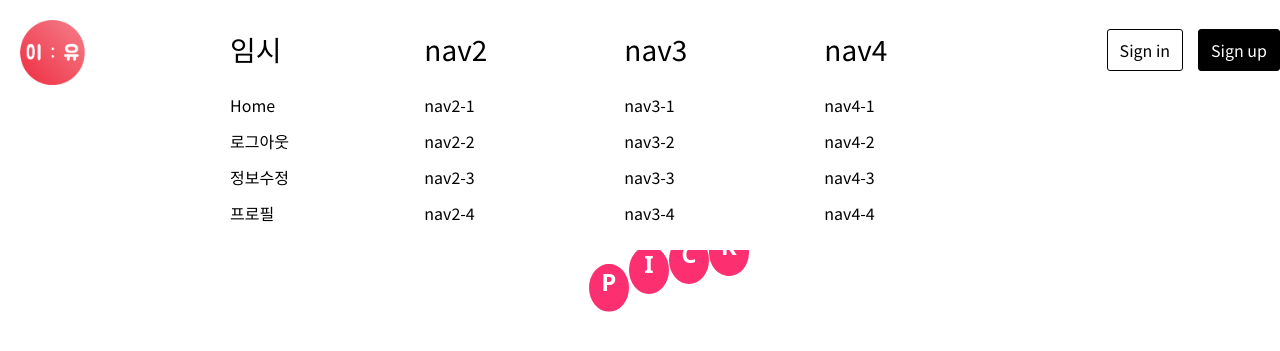
Repository: ryuwc/E_U
Page: /random (app in final-pjt-front/)
The author's editor kept a copy of each file at every save. The page is drawn from the files as they stood at one save, then again after the next save.
The browser window is 1280 px wide. The pictures show the whole page.
The page's requests for data from a server got no answer. Some web libraries are served in a nearby version. The project was rebuilt for these pictures with package versions that can differ from the ones it lists, and the page was loaded fresh each time. No one was signed in, and anything a server would have sent is missing. Also part of the build but not shown: final-pjt-front/vue.config.js, final-pjt-front/src/components/MoviveCard.vue.

Above is the page before, as saved 2022-11-23 11:23:08.

### final-pjt-front/public/index.html
<!DOCTYPE html>
<html lang="">
  <head>
    <meta charset="utf-8">
    <meta http-equiv="X-UA-Compatible" content="IE=edge">
    <meta name="viewport" content="width=device-width,initial-scale=1.0">
    <link rel="icon" href="<%= BASE_URL %>favicon.ico">
    <title>이:유</title>
    <link href="https://cdn.jsdelivr.net/npm/bootstrap@5.2.0/dist/css/bootstrap.min.css" rel="stylesheet" integrity="sha384-gH2yIJqKdNHPEq0n4Mqa/HGKIhSkIHeL5AyhkYV8i59U5AR6csBvApHHNl/vI1Bx" crossorigin="anonymous">
    <link rel="preconnect" href="https://fonts.googleapis.com">
    <link rel="preconnect" href="https://fonts.gstatic.com" crossorigin>
    <link href="https://fonts.googleapis.com/css2?family=Pacifico&display=swap" rel="stylesheet">

    <!-- 온보딩 -->
    <link rel="preconnect" href="https://fonts.googleapis.com" />
    <link rel="preconnect" href="https://fonts.gstatic.com" crossorigin />
    <link href="https://fonts.googleapis.com/css2?family=Noto+Sans+KR:wght@300;400;500;700&display=swap" rel="stylesheet" />
  </head>
  <body>
    <noscript>
      <strong>We're sorry but <%= htmlWebpackPlugin.options.title %> doesn't work properly without JavaScript enabled. Please enable it to continue.</strong>
    </noscript>
    <div id="app"></div>
    <!-- built files will be auto injected -->
    <script src="https://cdn.jsdelivr.net/npm/bootstrap@5.2.0/dist/js/bootstrap.bundle.min.js" integrity="sha384-A3rJD856KowSb7dwlZdYEkO39Gagi7vIsF0jrRAoQmDKKtQBHUuLZ9AsSv4jD4Xa" crossorigin="anonymous"></script>
    <script src="https://kit.fontawesome.com/703c5975bf.js" crossorigin="anonymous"></script>
  </body>
</html>

### final-pjt-front/src/main.js
import Vue from 'vue'
import App from './App.vue'
import store from './store'
import router from './router'
import './assets/tailwind.css'

Vue.config.productionTip = false

new Vue({
  store,
  router,
  render: h => h(App)
}).$mount('#app')

### final-pjt-front/src/App.vue
<template>
  <div id="app">
    <body>
      <header id="header">
        <div class="header">

          <img src="./image/logo.png"
          style="width: 65px; height: 65px; margin-left: 20px; margin-top: 20px; margin-bottom: 20px;"
          >

          <nav>
            <ul>
              <li>
                <div class="list">
                  <h3 class="nav_text">임시</h3>
                  <div class="hidden_nav_list">
                    <a href="">
                      <router-link  to="/home"><p class="hidden_nav_list_text">Home</p></router-link>
                    </a>
                    <a href="" @click.prevent="logOut">
                      <p class="hidden_nav_list_text">로그아웃</p>
                    </a>
                    <a href="">
                      <router-link to="/edit"><p class="hidden_nav_list_text">정보수정</p></router-link>
                    </a>
                    <a href="">
                      <router-link to="/profile"><p class="hidden_nav_list_text">프로필</p></router-link>
                    </a>
                  </div>
                </div>
              </li>
              <li>
                <div class="list">
                  <h3 class="nav_text">nav2</h3>
                  <div class="hidden_nav_list">
                    <a href="">
                      <p class="hidden_nav_list_text">nav2-1</p>
                    </a>
                    <a href="">
                      <p class="hidden_nav_list_text">nav2-2</p>
                    </a>
                    <a href="">
                      <p class="hidden_nav_list_text">nav2-3</p>
                    </a>
                    <a href="">
                      <p class="hidden_nav_list_text">nav2-4</p>
                    </a>
                  </div>
                </div>
              </li>
              <li>
                <div class="list">
                  <h3 class="nav_text">nav3</h3>
                  <div class="hidden_nav_list">
                    <a href="">
                      <p class="hidden_nav_list_text">nav3-1</p>
                    </a>
                    <a href="">
                      <p class="hidden_nav_list_text">nav3-2</p>
                    </a>
                    <a href="">
                      <p class="hidden_nav_list_text">nav3-3</p>
                    </a>
                    <a href="">
                      <p class="hidden_nav_list_text">nav3-4</p>
                    </a>
                  </div>
                </div>
              </li>
              <li>
                <div class="list">
                  <h3 class="nav_text">nav4</h3>
                  <div class="hidden_nav_list">
                    <a href="">
                      <p class="hidden_nav_list_text">nav4-1</p>
                    </a>
                    <a href="">
                      <p class="hidden_nav_list_text">nav4-2</p>
                    </a>
                    <a href="">
                      <p class="hidden_nav_list_text">nav4-3</p>
                    </a>
                    <a href="">
                      <p class="hidden_nav_list_text">nav4-4</p>
                    </a>
                  </div>
                </div>
              </li>
            </ul>
          </nav>

          <div class="header_button_group">
            <router-link v-if="!isLogin" to="/login"><button class="header_button_signin" style="color: black;">Sign in</button></router-link>
            <router-link v-if="!isLogin" to="/signup"><button class="header_button_signup">Sign up</button></router-link>
          </div>
        </div>
      </header>
    </body>


    <!-- 임시로 사용한 네브바 -->
    <!-- <nav>
      <router-link  to="/home">| Home |</router-link>
      <router-link v-if="!isLogin" to="/signup">| Sign Up |</router-link>
      <router-link v-if="!isLogin" to="/login">Login |</router-link>
      <button v-if="isLogin" @click="logOut">로그아웃 |</button>
      <router-link v-if="isLogin" to="/edit">정보수정</router-link> |
      <router-link v-if="isLogin" to="/profile">Profile |</router-link>
      <router-link to="/practice">연습</router-link> |
    </nav> -->

    <router-view />
  </div>
</template>

<script>
import { mapActions, mapGetters } from 'vuex';

const moviesStore = 'moviesStore';

export default {
  name: 'App',

  data() {
    return {
      header: null,
      logo: null,
      navText: null,
      hiddenNavText: null,
      headerBtnSignin: null,
    };
  },
  methods: {
    ...mapActions('accountsStore', ['logOut']),
    ...mapActions(moviesStore, ['getMovies']),
    ...mapActions(moviesStore, ['getNowMovies']),
    getId: (id) => {
      return document.getElementById(id);
    },
    getClass: (className) => {
      return document.getElementsByClassName(className);
    },
    test() {
      return console.log(this.getId('header'));
    },
    handleHoverHeader() {
      this.header.style.backgroundColor = '#fff';
      this.header.style.height = '250px';
      // if (this.headerBtnSignin) {
      //   this.headerBtnSignin[0].style.color = '#000';
      // }
      // this.logo.src = 'https://e7.pngegg.com/pngimages/941/692/png-clipart-black-small-apple-logo-logo-material-apple-logo.png';
      Object.values(this.navText).map((text) => (text.style.color = '#000'));
      Object.values(this.hiddenNavText).map((text) => {
        text.style.display = 'block';
        text.style.color = '#000';
      });
    },
    handleLeaveHeader() {
      this.header.style.backgroundColor = 'rgba(0,0,0,0)';
      this.header.style.height = '100px';
      // if (this.headerBtnSignin) {
      //   this.headerBtnSignin[0].style.color = '#fff';
      // }
      // this.logo.src = 'https://e7.pngegg.com/pngimages/941/692/png-clipart-black-small-apple-logo-logo-material-apple-logo.png';
      Object.values(this.navText).map((text) => (text.style.color = '#fff'));
      Object.values(this.hiddenNavText).map((text) => {
        text.style.display = 'none';
        text.style.color = '#000';
      });
    },
    main: () => {
      // header = this.getId('header');
    },
  },
  computed: {
    ...mapGetters('accountsStore', ['isLogin']),
    ...mapGetters('accountsStore', ['nickname']),
  },
  created() {
    this.getMovies(), this.getNowMovies();
  },
  mounted() {
    this.header = this.getId('header');
    this.logo = this.getId('logo');
    this.navText = this.getClass('nav_text');
    this.hiddenNavText = this.getClass('hidden_nav_list_text');
    this.headerBtnSignin = this.getClass('header_button_signin');
    // console.log(this.header);
    this.header.addEventListener('mouseover', this.handleHoverHeader);
    this.header.addEventListener('mouseleave', this.handleLeaveHeader);
  },
};
</script>


<style scoped>

body {
  margin: 0;
  padding: 0;
  width: 100%;
  height: 100%;
  background-color: white;
  color: white;
  font-family: 'Noto Sans KR', sans-serif;
}

body::-webkit-scrollbar {
  display: none;
}

h1,
h2,
h3,
h4,
h5,
h6,
ul,
li,
p {
  margin: 0;
  padding: 0;
}

ul {
  display: flex;
  height: 100%;
  list-style-type: none;
  color: inherit;
}

li {
  display: flex;
  justify-content: center;
  align-items: center;
  width: 120px;
  height: 100%;
  text-align: center;
  margin-right: 80px;
}

a {
  text-decoration: none;
  color: inherit;
}

button {
  background-color: #000;
  padding: 8px 12px;
  border: 1px solid #000;
  cursor: pointer;
  border-radius: 3px;
  color: white;
  height: fit-content;
}

button:hover {
  transform: scale(1.05);
}

button:active {
  transform: scale(0.97);
}

header {
  position: absolute;
  top: 0;
  width: 100%;
  /* height: 300px; */
  height: 100px;
  transition: 0.2s ease-in-out;
  z-index: 100;
  background-color: rgba(0, 0, 0, 0);
  overflow: hidden;
}

#header {
  display: flex;
  justify-content: center;
}

.header {
  display: flex;
  justify-content: space-between;
  width: 1280px;
  height: 100px;
}

.header_wrapper {
  display: flex;
  justify-content: space-between;
  /* width: 1280px; */
}

.logo {
  display: flex;
  align-items: center;
  width: 100px;
  height: 100px;
}

.logo img {
  width: 100%;
}

.header_button_group {
  display: flex;
  align-items: center;
  height: 100%;
}

.header_button_signin {
  margin-right: 15px;
  background-color: transparent;
}

.list {
  position: relative;
}

.hidden_nav_list {
  position: absolute;
  top: 60px;
  left: 0;
  width: 120px;
  text-align: left;
}

.hidden_nav_list p {
  margin-bottom: 12px;
  cursor: pointer;
}

.section {
  position: relative;
  width: 100vw;
  height: 100vh;
  transition: all 700ms ease 0s;
}

.section_text {
  position: absolute;
  display: flex;
  justify-content: center;
  width: 100vw;
  z-index: 2;
  top: 150px;
}

.section_header {
  top: 200px;
}

.section_text div {
  width: 1280px;
}

.section_text h2 {
  font-size: 64px;
  text-shadow: 2px 2px 2px #000;
}

.img {
  position: absolute;
  width: 100%;
  height: 100vh;
}

.img img {
  width: 100%;
  height: 100vh;
}

.more_btn {
  top: unset;
  bottom: 100px;
}

.more_btn button {
  width: 200px;
  height: 40px;
  background-color: #eee;
  border: 1px solid #000;
  color: #000;
  border: none;
  box-shadow: 2px 2px 5px rgba(0, 0, 0, 0.5);
}

#section_1_title,
#section_2_title,
#section_3_title,
#section_4_title,
#section_5_title,
#section_6_title {
  opacity: 0;
  transition: 0.5s ease-in-out;
  transition-delay: 0.5s;
  margin-left: 100px;
}

#section_6_btn {
  opacity: 0;
  transition: 0.5s ease-in-out;
  transition-delay: 0.5s;
  transform: translateY(100px);
}

#section_1_title {
  margin-left: 0;
}

.balls {
  width: 10em;
  display: flex;
  flex-flow: row nowrap;
  align-items: center;
  justify-content: space-between;
}

.balls div {
  width: 3em;
  height: 3em;
  border-radius: 50%;
  background-color: #fc2f70;
  transform: translateY(-100%);
  animation: wave 3s ease-in-out alternate infinite;
}

.balls div:nth-of-type(1) {
  animation-delay: -0.4s;
}

.balls div:nth-of-type(2) {
  animation-delay: -0.2s;
}
.balls div:nth-of-type(3) {
  animation-delay: -0.1s;
}

@keyframes wave {
  from {
    transform: translateY(-50%);
  }
  to {
    transform: translateY(50%);
  }
}

</style>

### final-pjt-front/src/store/index.js
import Vue from 'vue'
import Vuex from 'vuex'
import accountsStore from './modules/accountsStore'
import moviesStore from './modules/moviesStore';
import createPersistedState from "vuex-persistedstate";
import VuexPersistence from 'vuex-persistedstate'

Vue.use(Vuex)

const vuexLocal = new VuexPersistence({
  storage: window.localStorage,
  modules: ['accountsStore'],
})

export default new Vuex.Store({
  plugins: [createPersistedState()],

  state: {
  },
  getters: {
  },
  mutations: {
  },
  actions: {
  },
  modules: {
    accountsStore: accountsStore,
    moviesStore: moviesStore,
    plugins: [vuexLocal.plugin],
  }
})

### final-pjt-front/src/router/index.js
import Vue from 'vue'
import VueRouter from 'vue-router'

Vue.use(VueRouter)

const routes = [
  {
    path: '/signup',
    name: 'SignView',
    component: () => import('../views/accounts/SignUpView.vue')
  },
  {
    path: '/login',
    name: 'LoginView',
    component: () => import('../views/accounts/LoginView.vue'),

  //   beforeEnter(to, from, next) {
  //     // 이미 로그인 되어있는 경우
  //     this.$store.getters[accountsStore + "/i"] ? next({ name: "home" }) : next();
  //     to, from, next;
  //     console.log();
  //     // if (localStorage.getItem('token')) {
  //     //   // 메인 페이지로 이동
  //     //   next({ name: 'main' });
  //     // } else {
  //     //   next();
  //     // }
  //   }
  },
  {
    path: '/edit',
    name: 'EditUserView',
    component: () => import('../views/accounts/EditUserView.vue')
  },
  {
    path: '/profile/:id',
    name: 'ProfileView',
    component: () => import('../views/accounts/ProfileView.vue')
  },
  // {
  //   path: '/',
  //   name: 'IntroPageView',
  //   component: () => import('../views/movies/IntroPageView.vue')
  // },
  {
    path: '/home',
    name: 'MovieView',
    component: () => import('../views/movies/MovieView.vue')
  },
  {
    path: '/practice',
    name: 'PracticeView',
    component: () => import('../views/accounts/PracticeView.vue')
  },
  {
    path: '/test',
    name: 'TestView',
    component: () => import('../views/accounts/TestView.vue')
  },
  {
    path: '/choice',
    name: 'ChoiceMovieView',
    component: () => import('../views/accounts/ChoiceMovieView.vue')
  },
  {
    path: '/random',
    name: 'RandomMovieView',
    component: () => import('../views/movies/RandomMovieView.vue')
  },
  {
    path: '/movies/:id',
    name: 'MovieDetailInfoView',
    component: () => import('../views/movies/MovieDetailInfoView.vue')
  },
  {
    path: '/',
    name: 'onBoardingView',
    component: () => import('../views/onBoardingView.vue')
  },
  {
    path: '/test2',
    name: 'TestTwoView',
    component: () => import('../views/TestTwoView.vue')
  },
  {
    path: '/test3',
    name: 'TestThree',
    component: () => import('../views/testThree.vue')
  },
  {
    path: '/maintest',
    name: 'MainTest',
    component: () => import('../views/MainTest.vue')
  },
  {
    path: '*',
    name: 'NotPound404View',
    component: () => import('../views/NotPound404View.vue')
  },
]

const router = new VueRouter({
  mode: 'history',
  base: process.env.BASE_URL,
  routes
})

// 로컬스토리지에서 토큰 가져오기
// console.log(JSON.parse(localStorage.getItem("vuex")).accountsStore.token);


// // 전역 가드
// router.beforeEach((to, from, next) => {
//   // 로그인 되어 있는지 확인 (위의 방법 확인)
//   const isLogin = JSON.parse(localStorage.getItem("vuex")).accountsStore.token ? true : false;
//   // 로그인이 필요한 페이지
//   const authPages = ['EditUserView', 'profile'];
//   // 앞으로 이동할 페이지(to)가 로그인이 필요한 페이지에 속하는지 확인
//   const authRequired = authPages.includes(to.name);
//   // 로그인이 필요한 페이지에 로그인이 되어 있지 않으면 로그인 페이지로 이동
//   if (authRequired && !isLogin) {
//     next('/login');
//     // 로그인이 필요 없는 페이지에 로그인이 되어 있으면 메인 페이지로 이동
//   } else{
//     next();
//   }
// })

export default router

### final-pjt-front/src/store/modules/accountsStore.js
import axios from "axios";
import router from "@/router";

const API_URL = "http://127.0.0.1:8000";

const accountsStore = {
  namespaced: true,
  state: {
    token: "",
    user: {},
    usernames: [],
  },
  getters: {
    authHead: (state) => ({ Authorization: `Token ${state.token}` }),
    user: (state) => state.user,
    username: (state) => state.user.username,
    nickname: (state) => state.user.nickname || state.user.username,
    isLogin: (state) => state.token ? true : false,
    usernames: (state) => state.usernames,

  },
  mutations: {
    SET_TOKEN: (state, token) => ( state.token = token ),
    SET_USER: (state, user) => (state.user = user),
  },
  actions: {
    test() {
      console.log("test");
    },
    getUserInfo({ commit, getters }, username) {
      axios({
        method: "get",
        url: `${API_URL}/accounts/profile/${username}`,
        headers: getters.authHead,
      })
        .then((res) => {
          console.log(res.data);
          commit("SET_USER", res.data);
        })
        .catch((err) => {
          console.log(err);
        });
    },

    signUp({ state }, user) {
      // console.log("sign up");
      // console.log(user);
      let signUpuser = {
        username: user.username,
        nickname: user.nickname,
        password1: user.password1,
        password2: user.password2,
      };
      if (!user.nickname) {
        signUpuser = {
          username: user.username,
          password1: user.password1,
          password2: user.password2,
        };
      }
      // console.log(signUpuser);
      axios({
        method: "post",
        url: "http://127.0.0.1:8000/accounts/signup/",
        data: { ...signUpuser },
      })
        .then((res) => {
          res
          state.usernames.push(user.username);
          router.push({ name: "LoginView" });
        })
        .catch((err) => {
          console.log(err);
        });
    },
    login({ commit, dispatch }, user) {
        // console.log(user);
        axios({
          method: 'post',
          url: `${API_URL}/accounts/login/`,
          data: { ...user },
        })
        .then(res => {
          // console.log(res);
          commit('SET_TOKEN', res.data.key);
          dispatch('getUserInfo', user.username);
        })
        .catch((err) => {
          console.log(err);
        });
      },
      logOut({ commit, getters }) {
        // console.log("logout", getters.authHead);
        axios({
          method: 'post',
          url: `${API_URL}/accounts/logout/`,
          headers: getters.authHead,
        })
        .then(res => {
          console.log(res);
          commit('SET_TOKEN', '');
          commit('SET_USER', {});
        })
        .catch(err => {
          console.log(err);
        })
      },
      editUserInfo({ dispatch, commit, getters }, user) {
        // console.log(user);
        commit
        user
        const userOrigin = getters.user;
        // console.log(userOrigin);
        const userNew = { ...userOrigin, ...user };
        // console.log(userNew);
        // console.log(getters.authHead);
        axios({
          method: 'put',
          url: `${API_URL}/accounts/profile/${getters.username}/`,
          data: { ...userNew },
          headers: getters.authHead,
        })
        .then(res => {
          console.log(res);
          // commit('SET_USER', res.data);
          dispatch('getUserInfo', res.data.username);
        })
      },
      editPassword({ getters }, password) {
        // console.log(password);
        axios({
          method: 'post',
          url: `${API_URL}/accounts/password/change/`,
          headers: getters.authHead,
          data: { ...password },
        })
        .then(() => {
          alert('비밀번호 변경에 성공했습니다.');
        })
        .catch(err => {
          console.log(err);
        })
      },
  }
}

export default accountsStore

### final-pjt-front/src/views/movies/RandomMovieView.vue
<template>
  <div class="random" style="margin-top: 7rem; top: 0;">
    <div id="for_nav"></div>
    <br>
      <div class="text-box"
      style="margin-left: 45vw;"
      >
      <a href="#"
      class="btn btn-white btn-animate"
       style="font-size: larger;"
       @click="goToRandomMovie"
       >랜덤 영화로 이동!</a>
    </div>

    <div class="font-bold text-white balls"
    style="margin-left: 46vw; margin-top: 110px;"
    >
      <div class="text-center fw-bold"><span style="font-size:x-large">P</span></div>
      <div class="text-center fw-bold"><span style="font-size:x-large">I</span></div>
      <div class="text-center fw-bold"><span style="font-size:x-large">C</span></div>
      <div class="text-center fw-bold"><span style="font-size:x-large">K</span></div>
    </div>
    <br>
    <br>
    <br>
    <MoviveCard
    v-if="movie"
    :movie="movie"
    style="margin-left: auto; margin-right: auto;"

    />

  </div>
</template>

<script>
import _ from 'lodash'
import { mapGetters } from 'vuex';
import MoviveCard from '@/components/MoviveCard.vue';


export default {
  name: "RandomMovieView",
  data() {
    return {
      movie: null,
    }
  },
  components:{
    MoviveCard
  },
  computed: {
    ...mapGetters('moviesStore', ['movies']),
    randomMovie() {
      return _.sample(this.movies);
    },
  },
  methods: {
    pickMovie() {

      // console.log(randomMovie.title)
    },
    goToRandomMovie() {
      this.$router.push({ name: "MovieDetailInfoView", params: { id: this.randomMovie.id } });
    },
  },
  mounted() {
    console.log(this.randomMovie)
  },
}

</script>

<style scoped>

#for_nav{
  position: absolute;
    top: 0;
    height: 100px;
    width: 100%;
    background-color: rgba(0, 0, 0, 0.2);
}

.balls {
  width: 10em;
  display: flex;
  flex-flow: row nowrap;
  align-items: center;
  justify-content: space-between;
}

.balls div {
  width: 3em;
  height: 3em;
  border-radius: 50%;
  background-color: #fc2f70;
  transform: translateY(-100%);
  animation: wave 0.8s ease-in-out alternate infinite;
}

.balls div:nth-of-type(1) {
  animation-delay: -0.4s;
}

.balls div:nth-of-type(2) {
  animation-delay: -0.2s;
}
.balls div:nth-of-type(3) {
  animation-delay: -0.1s;
}

@keyframes wave {
  from {
    transform: translateY(-50%);
  }
  to {
    transform: translateY(50%);
  }
}
.text-box{
  margin-left: 0vw;
}


.btn:link,
.btn:visited {
    text-transform: uppercase;
    text-decoration: none;
    padding: 15px 40px;
    display: inline-block;
    border-radius: 100px;
    transition: all .2s;
    position: absolute;
}

.btn:hover {
    transform: translateY(-3px);
    box-shadow: 0 10px 20px rgba(0, 0, 0, 0.2);
}

.btn:active {
    transform: translateY(-1px);
    box-shadow: 0 5px 10px rgba(0, 0, 0, 0.2);
}

.btn-white {
    background-color: #fff;
    color: #777;
}

.btn::after {
    content: "";
    display: inline-block;
    height: 100%;
    width: 100%;
    border-radius: 100px;
    position: absolute;
    top: 0;
    left: 0;
    z-index: -1;
    transition: all .4s;
}

.btn-white::after {
    background-color: #fff;
}

.btn:hover::after {
    transform: scaleX(1.4) scaleY(1.6);
    opacity: 0;
}

.btn-animated {
    animation: moveInBottom 5s ease-out;
    animation-fill-mode: backwards;
}

@keyframes moveInBottom {
    0% {
        opacity: 0;
        transform: translateY(30px);
    }

    100% {
        opacity: 1;
        transform: translateY(0px);
    }
}
</style>

### final-pjt-front/tailwind.config.js
/** @type {import('tailwindcss').Config} */
module.exports = {
  corePlugins: {
    preflight: false,
  },
  content: [
      './src/views/accounts/*.{vue,js,ts,jsx,tsx}',
      './src/views/movies/MovieDetailInfoView.vue',
      './src/views/NotPound404View.vue',
      './src/components/ReviewCandi1.vue',
      './src/views/TestTwoView.vue',
      // './src/components/MoviveCard.vue',
      './src/components/PosterSlider.vue',
      './src/components/MovieClip.vue',
      './src/components/MovieDetailR.vue',
    ],
  theme: {
    extend: {},
  },
  plugins: [],
}

Loaded but not shown: final-pjt-front/src/assets/tailwind.css (common file); final-pjt-front/src/store/modules/moviesStore.js (237 lines, source omitted)

After the next save:
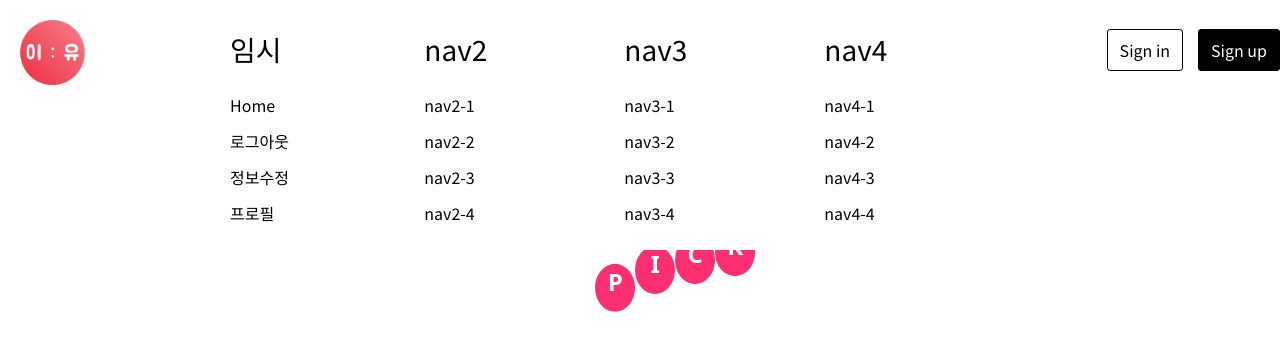
Saved 5 s later.
--- a/final-pjt-front/src/views/movies/RandomMovieView.vue
+++ b/final-pjt-front/src/views/movies/RandomMovieView.vue
@@ -13,7 +13,7 @@
     </div>
 
     <div class="font-bold text-white balls"
-    style="margin-left: 46vw; margin-top: 110px;"
+    style="margin-left: 46.5vw; margin-top: 110px;"
     >
       <div class="text-center fw-bold"><span style="font-size:x-large">P</span></div>
       <div class="text-center fw-bold"><span style="font-size:x-large">I</span></div>
